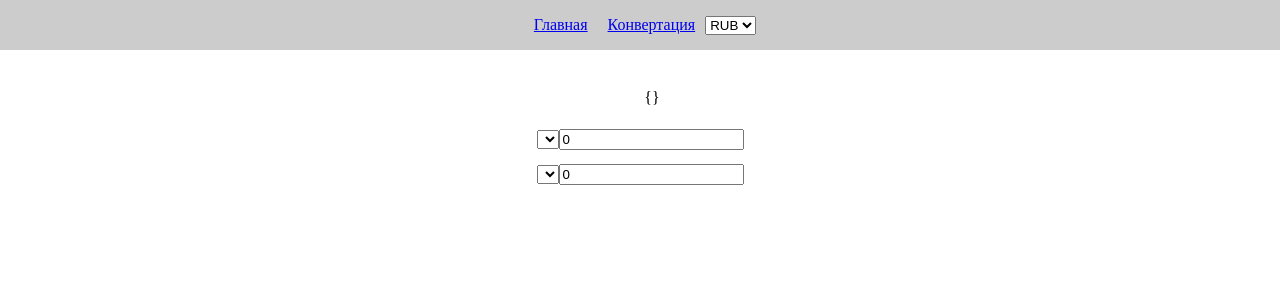
Repository: Friend689/vite-vue-currency-conversion
Page: /convert
The author's editor kept a copy of each file at every save. The page is drawn from the files as they stood at one save, then again after a run of saves.
The browser window is 1280 px wide. The pictures show the whole page.
The page's requests for data from a server got no answer. The project was rebuilt for these pictures with package versions that can differ from the ones it lists, and the page was loaded fresh each time. No one was signed in, and anything a server would have sent is missing. Also part of the build but not shown: vite.config.js, src/views/Main.vue.

Above is the page before, as saved 2024-09-03 21:13:22.

After the next 2 saves:
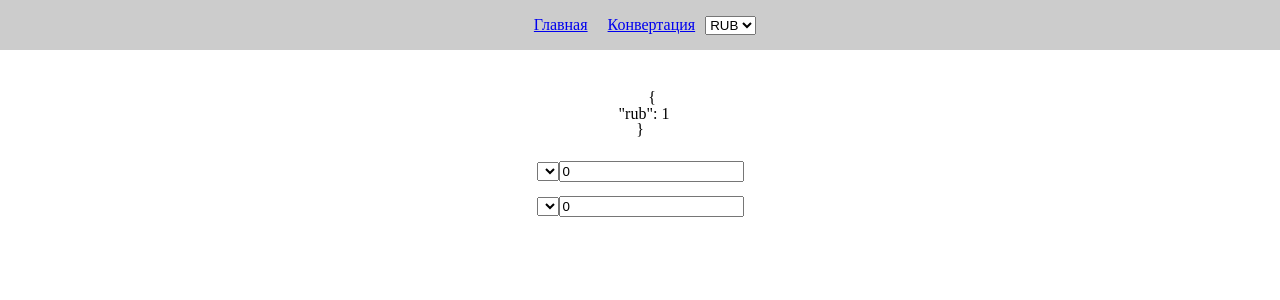
The 2 saves are shown as one change because they came seconds apart.
The last was saved 47 s later.
--- a/src/views/Convert.vue
+++ b/src/views/Convert.vue
@@ -34,15 +34,16 @@ const collectCurrencies = () => {
 const forTest = () => {
   let arrRa = {}
   for (const pair in props.rates) {
-    const [from, to] = pair.split('-')
-    if (!arrRa[from]) {
-      arrRa[from] = {}
+    const [from, to] = pair.split('-');
+    if (from === props.selected) {
+      arrRa[to] = props.rates[pair].toFixed(2);
+    } else if (to === props.selected) {
+      arrRa[from] = (1 / props.rates[pair]).toFixed(2);
     }
-    arrRa[from][to] = props.rates[pair]
   }
   // Добавляем RUB в список валют
-  if (!arrRa['RUB']) {
-    arrRa['RUB'] = { RUB: 1 }
+  if (!arrRa['rub']) {
+    arrRa['rub'] = 1
   }
   return arrRa;
 }
@@ -87,7 +88,7 @@ const convert = (inputType) => {
 <template>
   <div class="page-convert">
     <pre>
-      {{ rates }}
+      {{ forTest() }}
     </pre>
     <form>
       <div>
